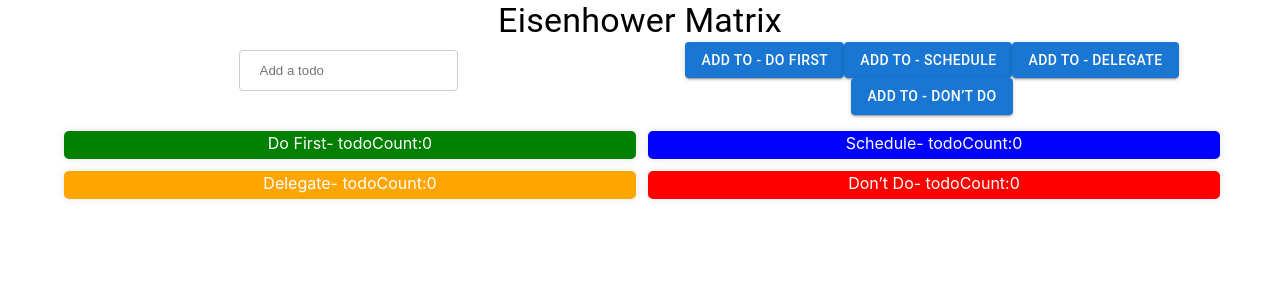
Repository: GokulDev4U/Krixi_react_assignment
Page: /
These files come from the project's save history. The page is drawn as it stood at one moment and after the next save; the edit follows.
The browser window is 1280 px wide. The pictures show the whole page.
The project was rebuilt for these pictures with package versions that can differ from the ones it lists, and the page was loaded fresh each time.

Above is the page before, as saved 2022-04-05 20:02:16.

### src/index.js
import React from "react";
import ReactDOM from "react-dom";
import "./index.css";
import App from "./App";
import { store } from "./app/store";
import { Provider } from "react-redux";
import * as serviceWorker from "./serviceWorker";
import { PersistGate } from "redux-persist/integration/react";
import { persistStore } from "redux-persist";

let persistor = persistStore(store);

ReactDOM.render(
  <React.StrictMode>
    <Provider store={store}>
      <PersistGate loading={null} persistor={persistor}>
        <App />
      </PersistGate>
    </Provider>
  </React.StrictMode>,
  document.getElementById("root")
);

// If you want your app to work offline and load faster, you can change
// unregister() to register() below. Note this comes with some pitfalls.
// Learn more about service workers: https://bit.ly/CRA-PWA
serviceWorker.unregister();

### src/App.js
import React, { useState } from "react";
import { Container, Grid, Button, Typography } from "@mui/material";
import Card from "./Components/card/Card";
import { useDispatch, useSelector } from "react-redux";
import {
  addDoFirst,
  removeDoFirst,
  selectTodoDoFirst,
} from "./features/todo/todoSlice";
import {
  addSchedule,
  removeSchedule,
  selectTodoSchedule,
} from "./features/todo/todoScheduleSlice";
import {
  addDelegate,
  removeDelegate,
  selectTodoDelegate,
} from "./features/todo/todoDelegateSlice";
import {
  addDontDo,
  removeDontDo,
  selectTodoDontDo,
} from "./features/todo/todoDontDoSlice";
import "./App.css";
import { DragDropContext } from "react-beautiful-dnd";
import { v4 as uuidv4 } from "uuid";

function App() {
  const dispatch = useDispatch();
  const todosDoFirst = useSelector(selectTodoDoFirst);
  const todosSchedule = useSelector(selectTodoSchedule);
  const todosDelegate = useSelector(selectTodoDelegate);
  const todosDontDo = useSelector(selectTodoDontDo);
  const [todo, setTodo] = useState("");
  let finalTodo = todo;
  const handleChange = (e) => {
    setTodo(e.target.value);
  };
  const handleDoFirstButtonClick = (e) => {
    e.preventDefault();
    e.stopPropagation();
    if (todo.length > 0) {
      dispatch(addDoFirst(finalTodo));
      setTodo("");
    }
  };
  const handleScheduleButtonClick = (e) => {
    e.preventDefault();
    e.stopPropagation();
    if (todo.length > 0) {
      dispatch(addSchedule(finalTodo));
      setTodo("");
    }
  };
  const handleDelegateButtonClick = (e) => {
    e.preventDefault();
    e.stopPropagation();
    if (todo.length > 0) {
      dispatch(addDelegate(finalTodo));
      setTodo("");
    }
  };
  const handleDontDoButtonClick = (e) => {
    e.preventDefault();
    e.stopPropagation();
    if (todo.length > 0) {
      dispatch(addDontDo(finalTodo));
      setTodo("");
    }
  };

  const handleOnDragEnd = (result) => {
    const { destination, source } = result;
    if (!destination) {
      return;
    }
    if (
      destination.droppableId === source.droppableId &&
      destination.index === source.index
    ) {
      return;
    }
    const start = source.droppableId;
    const finish = destination.droppableId;

    if (start === "doFirst" && finish === "schedule") {
      dispatch(addSchedule(todosSchedule[destination.index]));
      dispatch(removeDoFirst(todosDoFirst[source.index]));
    } else if (start === "doFirst" && finish === "delegate") {
      dispatch(addDelegate(todosDelegate[destination.index]));
      dispatch(removeDoFirst(todosDoFirst[source.index]));
    } else if (start === "doFirst" && finish === "dontDo") {
      dispatch(addDontDo(todosDontDo[destination.index]));
      dispatch(removeDoFirst(todosDoFirst[source.index]));
    } else if (start === "schedule" && finish === "doFirst") {
      dispatch(addDoFirst(todosDoFirst[destination.index]));
      dispatch(removeSchedule(todosSchedule[source.index]));
    } else if (start === "schedule" && finish === "delegate") {
      dispatch(addDelegate(todosDelegate[destination.index]));
      dispatch(removeSchedule(todosSchedule[source.index]));
    } else if (start === "schedule" && finish === "dontDo") {
      dispatch(addDontDo(todosDontDo[destination.index]));
      dispatch(removeSchedule(todosSchedule[source.index]));
    } else if (start === "delegate" && finish === "doFirst") {
      dispatch(addDoFirst(todosDoFirst[destination.index]));
      dispatch(removeDelegate(todosDelegate[source.index]));
    } else if (start === "delegate" && finish === "schedule") {
      dispatch(addSchedule(todosSchedule[destination.index]));
      dispatch(removeDelegate(todosDelegate[source.index]));
    } else if (start === "delegate" && finish === "dontDo") {
      dispatch(addDontDo(todosDontDo[destination.index]));
      dispatch(removeDelegate(todosDelegate[source.index]));
    } else if (start === "dontDo" && finish === "doFirst") {
      dispatch(addDoFirst(todosDoFirst[destination.index]));
      dispatch(removeDontDo(todosDontDo[source.index]));
    } else if (start === "dontDo" && finish === "schedule") {
      dispatch(addSchedule(todosSchedule[destination.index]));
      dispatch(removeDontDo(todosDontDo[source.index]));
    } else if (start === "dontDo" && finish === "delegate") {
      dispatch(addDelegate(todosDelegate[destination.index]));
      dispatch(removeDontDo(todosDontDo[source.index]));
    }
  };

  return (
    <DragDropContext onDragEnd={handleOnDragEnd}>
      <div className="App">
        <Container sx={{ flexGrow: 1 }}>
          <Typography variant="h4">Eisenhower Matrix</Typography>
          <Grid container spacing={2}>
            <Grid item xs={6}>
              <input
                type="text"
                placeholder="Add a todo"
                value={todo}
                onChange={handleChange}
              />
            </Grid>
            <Grid item xs={6}>
              <Button
                variant="contained"
                color="primary"
                onClick={handleDoFirstButtonClick}
              >
                Add to - do first
              </Button>
              <Button
                variant="contained"
                color="primary"
                onClick={handleScheduleButtonClick}
              >
                Add to - Schedule
              </Button>
              <Button
                variant="contained"
                color="primary"
                onClick={handleDelegateButtonClick}
              >
                Add to - Delegate
              </Button>
              <Button
                variant="contained"
                color="primary"
                onClick={handleDontDoButtonClick}
              >
                Add to - Don’t Do
              </Button>
            </Grid>
            <Grid item xs={6}>
              <Card
                color="green"
                title="Do First"
                flag="doFirst"
                id={uuidv4()}
              />
            </Grid>
            <Grid item xs={6}>
              <Card
                color="blue"
                title="Schedule"
                flag="schedule"
                id={uuidv4()}
              />
            </Grid>
            <Grid item xs={6}>
              <Card
                color="orange"
                title="Delegate"
                flag="delegate"
                id={uuidv4()}
              />
            </Grid>
            <Grid item xs={6}>
              <Card color="red" title="Don’t Do" flag="dontDo" id={uuidv4()} />
            </Grid>
          </Grid>
        </Container>
      </div>
    </DragDropContext>
  );
}

export default App;

### src/app/store.js
import { configureStore } from "@reduxjs/toolkit";
import storage from "redux-persist/lib/storage";
import { combineReducers } from "redux";
import { persistReducer } from "redux-persist";
import todoReducer from "../features/todo/todoSlice";
import todoScheduleReducer from "../features/todo/todoScheduleSlice";
import todoDelegateReducer from "../features/todo/todoDelegateSlice";
import todoDontDoReducer from "../features/todo/todoDontDoSlice";

const reducers = combineReducers({
  todo: todoReducer,
  todoSchedule: todoScheduleReducer,
  todoDelegate: todoDelegateReducer,
  todoDontDo: todoDontDoReducer,
});

const persistConfig = {
  key: "root",
  storage,
};

const persistedReducer = persistReducer(persistConfig, reducers);

export const store = configureStore({
  reducer: persistedReducer,
  devTools: process.env.NODE_ENV !== "production",
});

### src/Components/card/Card.jsx
import React from 'react';
import { useSelector } from 'react-redux';
import { selectTodoDoFirst } from '../../features/todo/todoSlice';
import { selectTodoSchedule } from '../../features/todo/todoScheduleSlice';
import { selectTodoDelegate } from '../../features/todo/todoDelegateSlice';
import { selectTodoDontDo } from '../../features/todo/todoDontDoSlice';
import './Card.css';
import { Draggable } from 'react-beautiful-dnd';
import { Droppable } from 'react-beautiful-dnd';



const Card = ({ color, title, flag, id }) => {
  const todosDoFirst = useSelector(selectTodoDoFirst);
  const todosSchedule = useSelector(selectTodoSchedule);
  const todosDelegate = useSelector(selectTodoDelegate);
  const todosDontDo = useSelector(selectTodoDontDo);

  let todosDoFirstLength = todosDoFirst.length;
  let todosScheduleLength = todosSchedule.length;
  let todosDelegateLength = todosDelegate.length;
  let todosDontDoLength = todosDontDo.length;

  return (
    <div className='box' style={{ backgroundColor: `${color}` }}>
      <div className="card-title">
        {`${title}- todoCount:${Number((flag === "doFirst" && todosDoFirstLength) || (flag === "schedule" && todosScheduleLength) || (flag === "delegate" && todosDelegateLength) || (flag === "dontDo" && todosDontDoLength))}`}
      </div>

      <Droppable droppableId={id} >
        {(provided, snapshot) => {
          return (
            <div className="card-content" ref={provided.innerRef} {...provided.droppableProps} >

              {flag === "doFirst" && todosDoFirst?.map((todo, index) => (
                <Draggable draggableId={todo} index={0}>
                  {(provided, snapshot) => {
                    return (
                      <div key={index} className="card-content-item" ref={provided.innerRef} {...provided.draggableProps} {...provided.dragHandleProps}>
                        {todo}
                      </div>
                    );
                  }}
                </Draggable>
              ))}

              {flag === "schedule" && todosSchedule?.map((todo, index) => (
                <Draggable draggableId={todo} index={1}>
                  {(provided, snapshot) => {
                    return (
                      <div key={index} className="card-content-item" ref={provided.innerRef} {...provided.draggableProps} {...provided.dragHandleProps}>
                        {todo}
                      </div>
                    );
                  }}
                </Draggable>
              ))}

              {flag === "delegate" && todosDelegate?.map((todo, index) => (
                <Draggable draggableId={todo} index={2}>
                  {(provided, snapshot) => {
                    return (
                      <div key={index} className="card-content-item" ref={provided.innerRef} {...provided.draggableProps} {...provided.dragHandleProps}>
                        {todo}
                      </div>
                    );
                  }}
                </Draggable>
              ))}

              {flag === "dontDo" && todosDontDo?.map((todo, index) => (
                <Draggable draggableId={todo} index={3}>
                  {(provided, snapshot) => {
                    return (
                      <div key={index} className="card-content-item" ref={provided.innerRef} {...provided.draggableProps} {...provided.dragHandleProps}>
                        {todo}
                      </div>
                    );
                  }}
                </Draggable>
              ))}
              {provided.placeholder}
            </div>
          );
        }}
      </Droppable>
    </div >
  );
};

export default Card;

### src/features/todo/todoSlice.jsx
import { createSlice } from "@reduxjs/toolkit";
import { v4 as uuidv4 } from 'uuid';

const initialState = {
    doFirst: [],
    id: uuidv4(),
    // schedule: [],
    // delegate: [],
    // dontDo: [],
};

export const todoSlice = createSlice({
    name: "todo",
    initialState,
    reducers: {
        addDoFirst: (state, action) => {
            state.doFirst.push(action.payload);
        },

        removeDoFirst: (state, action) => {
            state.doFirst.filter(item => item.id !== action.payload);
        },

    },
});

export const { addDoFirst, removeDoFirst, edit } = todoSlice.actions;

export const selectTodoDoFirst = (state) => state.todo.doFirst;
// export const selectTodoSchedule = (state) => state.todo.schedule;
// export const selectTodoDelegate = (state) => state.todo.delegate;
// export const selectTodoDontDo = (state) => state.todo.dontDo;

export default todoSlice.reducer;

### src/features/todo/todoScheduleSlice.jsx
import { createSlice } from "@reduxjs/toolkit";
import { v4 as uuidv4 } from 'uuid';

const initialState = {
    schedule: [],
    id: uuidv4(),
};

export const todoScheduleSlice = createSlice({
    name: "todoSchedule",
    initialState,
    reducers: {
        addSchedule: (state, action) => {
            state.schedule.push(action.payload);
        },
        removeSchedule: (state, action) => {
            state.doFirst.filter(item => item.id !== action.payload);
        },
    },
});

export const { addSchedule, removeSchedule, edit } = todoScheduleSlice.actions;

export const selectTodoSchedule = (state) => state.todoSchedule.schedule;

export default todoScheduleSlice.reducer;

### src/features/todo/todoDelegateSlice.jsx
import { createSlice } from "@reduxjs/toolkit";
import { v4 as uuidv4 } from 'uuid';

const initialState = {
    delegate: [],
    id: uuidv4(),
};

export const todoDelegateSlice = createSlice({
    name: "todoDelegate",
    initialState,
    reducers: {
        addDelegate: (state, action) => {
            state.delegate.push(action.payload);
        },
        removeDelegate: (state, action) => {
            state.doFirst.filter(item => item.id !== action.payload);
        },
    },
});

export const { addDelegate, removeDelegate, edit } = todoDelegateSlice.actions;

export const selectTodoDelegate = (state) => state.todoDelegate.delegate;

export default todoDelegateSlice.reducer;

### src/features/todo/todoDontDoSlice.jsx
import { createSlice } from "@reduxjs/toolkit";
import { v4 as uuidv4 } from 'uuid';

const initialState = {
    dontDo: [],
    id: uuidv4(),
};

export const todoDontDoSlice = createSlice({
    name: "todoDontDo",
    initialState,
    reducers: {
        addDontDo: (state, action) => {
            state.dontDo.push(action.payload);
        },
        removeDontDo: (state, action) => {
            state.doFirst.filter(item => item.id !== action.payload);
        },
    },
});

export const { addDontDo, removeDontDo, edit } = todoDontDoSlice.actions;

export const selectTodoDontDo = (state) => state.todoDontDo.dontDo;

export default todoDontDoSlice.reducer;

### src/App.css
.App {
  text-align: center;
}

input[type=text]{
  /* width: 100%; */
  padding: 12px 20px;
  margin: 8px 5px;
  display: inline-block;
  border: 1px solid #ccc;
  border-radius: 4px;
  box-sizing: border-box;
}

Button {
  margin-right: 5px;
}

### src/Components/card/Card.css
 .box{
    width: 100%;
    height: 100%;
    color: #fff;
    border-radius: 5px;
    box-shadow: 0 0 10px rgba(0,0,0,0.1);
    overflow: hidden;
    cursor: pointer;
    padding: 2px;
 }

 .card-content{
    display: flex;
    flex-direction: column;
    justify-content: space-around;
 }

 .card-content-item{
      width: 100%;
      height: 100%;
      border: 1px solid #fff;
      background-color: rosybrown;
      margin-bottom: 5px;
      padding: 5px;
      border-radius: 5px;
 }

Loaded but not shown: public/index.html (common file); src/index.css (common file); src/serviceWorker.js (common file)

After the next save:
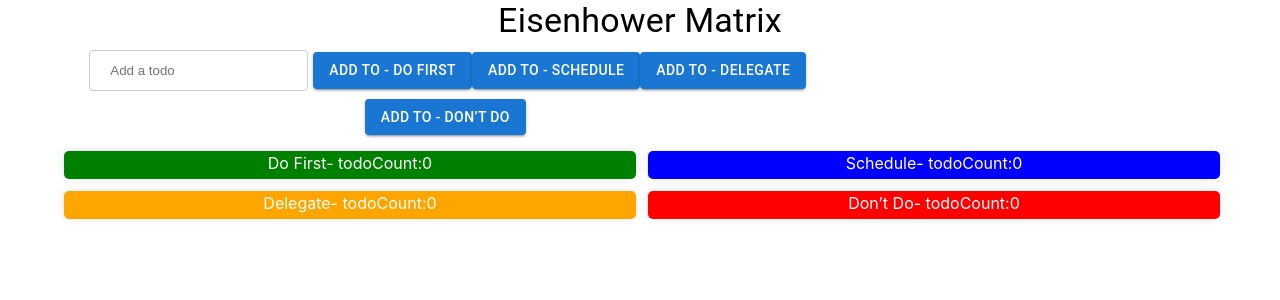
Saved 25 s later.
--- a/src/App.js
+++ b/src/App.js
@@ -129,15 +129,14 @@ function App() {
         <Container sx={{ flexGrow: 1 }}>
           <Typography variant="h4">Eisenhower Matrix</Typography>
           <Grid container spacing={2}>
-            <Grid item xs={6}>
+            <Grid item xs={8}>
               <input
                 type="text"
                 placeholder="Add a todo"
                 value={todo}
                 onChange={handleChange}
               />
-            </Grid>
-            <Grid item xs={6}>
+
               <Button
                 variant="contained"
                 color="primary"
